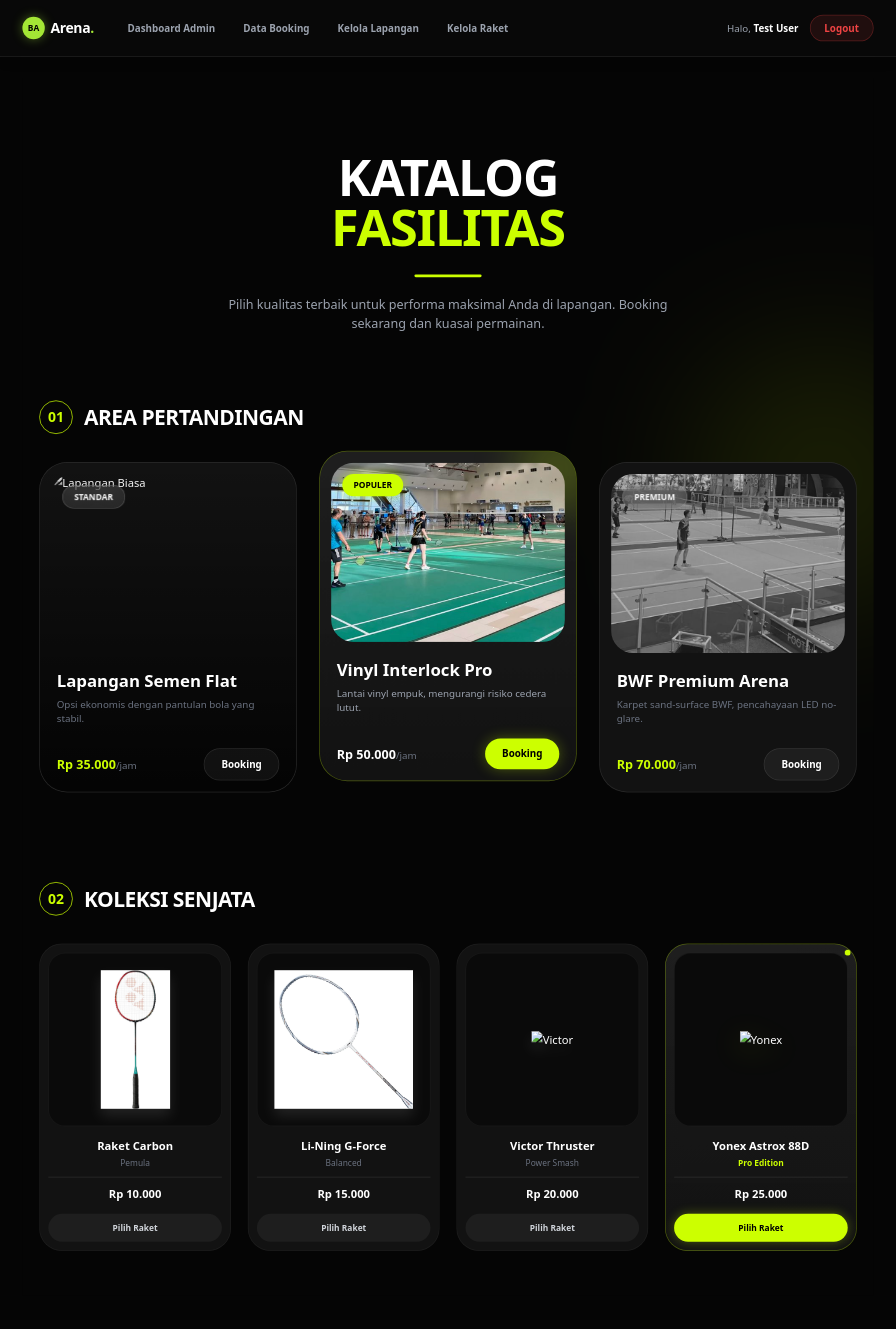
Repository: yvngpbl/badminton-booking-system
Page: http://localhost/lapangan
The author's editor kept a copy of each file at every save. The page is drawn from the files as they stood at one save, then again after the next save.
The browser window is 1280 px wide. The pictures show the whole page, at 70% of full size.
Some web libraries are served in a nearby version. The page is served by the project's Laravel application, run on PHP 8.4 with Laravel 12. A made-up administrator, Test User (test@example.com), is signed in. Queries for data that is not in the repository find no rows.

Above is the page before, as saved 2026-05-29 18:05:42.

After the next save:
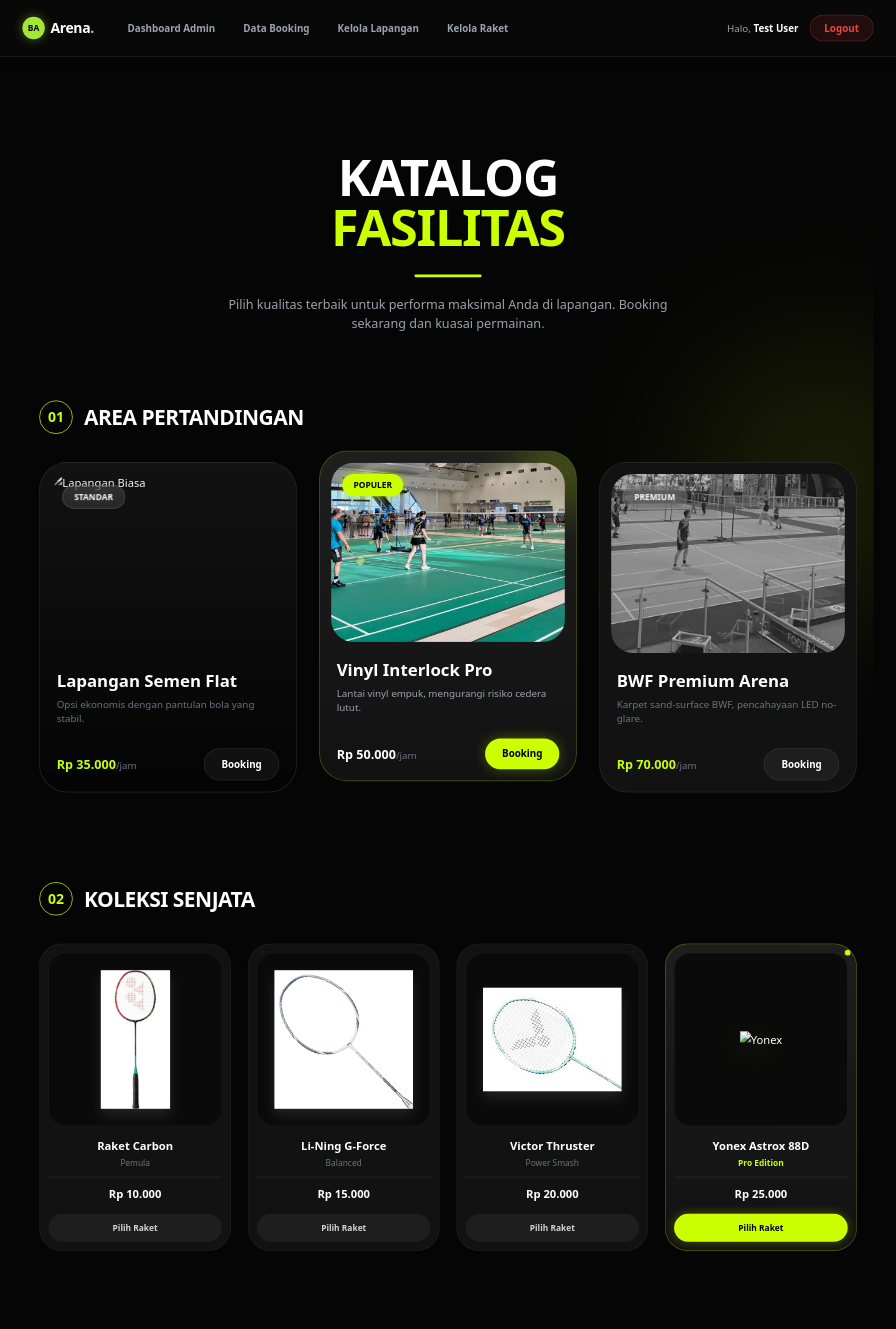
Saved 89 s later.
--- a/resources/views/user/lapangan.blade.php
+++ b/resources/views/user/lapangan.blade.php
@@ -152,7 +152,7 @@
                     <div class="group bg-darkCard border border-white/5 rounded-[2rem] p-3 hover:border-neon/50 transition-all text-center flex flex-col relative">
                         <div class="absolute inset-0 bg-gradient-to-t from-neon/5 to-transparent opacity-0 group-hover:opacity-100 rounded-[2rem] transition duration-500 pointer-events-none"></div>
                         <div class="aspect-square overflow-hidden rounded-3xl mb-4 bg-[#0a0a0a] flex items-center justify-center p-6 border border-white/5">
-                            <img src="{{ asset('images/raket3.jpeg') }}" class="max-h-full group-hover:-rotate-12 group-hover:scale-110 transition duration-500 drop-shadow-[0_10px_10px_rgba(255,255,255,0.1)]" alt="Victor">
+                            <img src="{{ asset('images/raket3.jpg') }}" class="max-h-full group-hover:-rotate-12 group-hover:scale-110 transition duration-500 drop-shadow-[0_10px_10px_rgba(255,255,255,0.1)]" alt="Victor">
                         </div>
                         <div class="flex-grow pb-2 z-10">
                             <h5 class="font-bold text-white group-hover:text-neon transition">Victor Thruster</h5>
